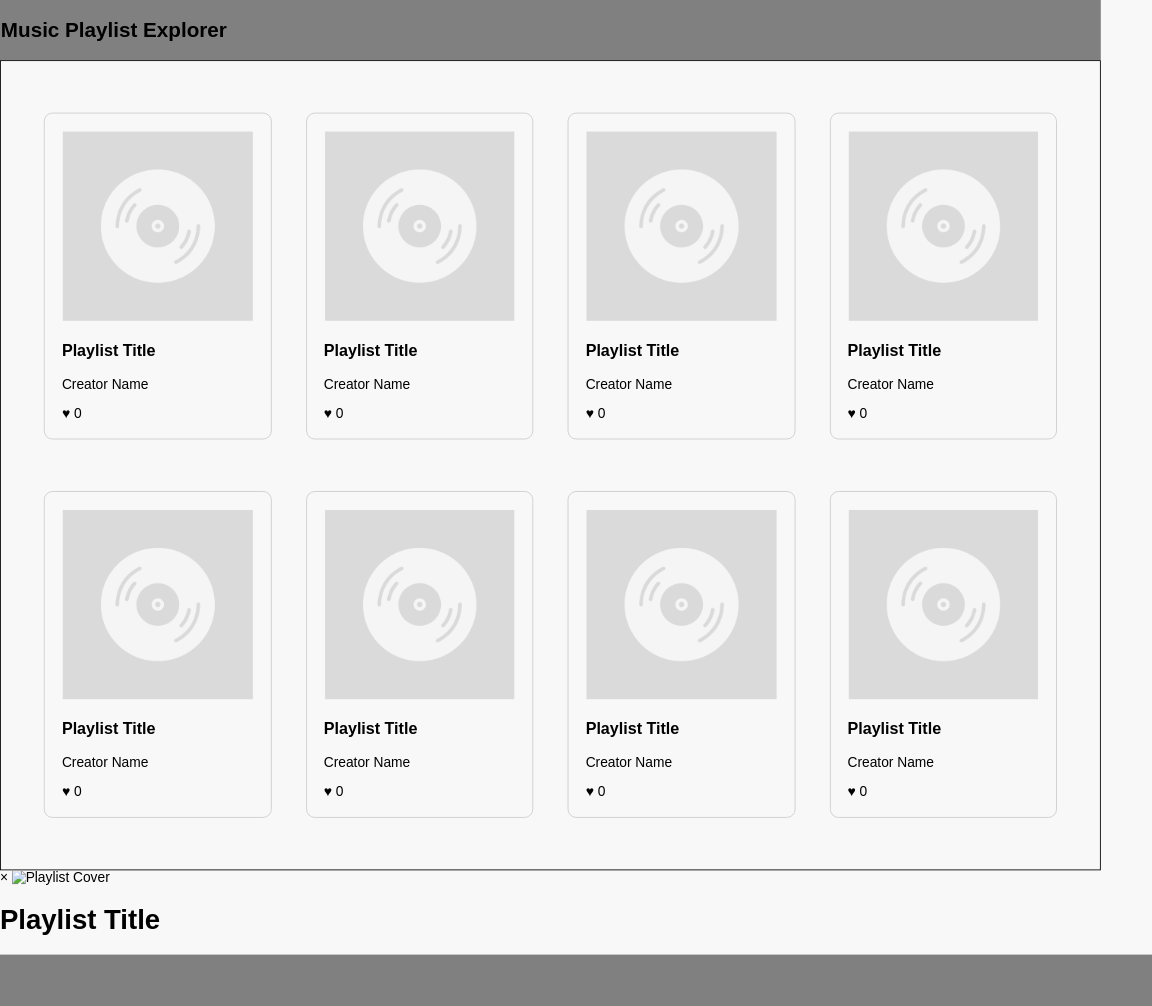
Repository: valentinaarojas/music-player-explorer
Page: index.html
These files come from the project's save history. The page is drawn as it stood at one moment and after a run of saves; the edit follows.
The browser window is 1280 px wide. The page is 1340 px wide, so the pictures cover 1340 px, including what lies to the right of the window. The pictures show the whole page, at 86% of full size.

Above is the page before, as saved 2025-02-19 17:13:42.
Console error: SyntaxError: Unexpected token '{'

### index.html
<!DOCTYPE html>
<html lang="en">
<head>
    <meta charset="UTF-8">
    <meta name="viewport" content="width=device-width, initial-scale=1.0">

    <title>Music Playlist Explorer</title>
    <link rel="icon" type="image/x-icon" href="/images/favicon.ico">

    <link rel="stylesheet" href="style.css">
</head>
<body>
    <header>
        <!-- Your header content here -->
        <div class="banner">
            <h2>Music Playlist Explorer</h2>
        </div>
    </header>

    <main>
        <!-- Your main content here -->
        <div class="playlist-cards">
            <!-- card 1 -->
            <div class="playlist-card">
                <div class="playlist-cover">
                    <img src="assets/img/playlist.png" alt="placeholder" style="width: 100%">
                </div>
                <div class="playlist-info">
                    <h3 class="playlist-title">Playlist Title</h3>
                    <p class="creator-info">Creator Name</p>
                    <div class="like-count">
                        <span>♥</span>
                        <span>0</span>
                    </div>
                </div>
            </div>
            <!-- card 2 -->
            <div class="playlist-card">
                <div class="playlist-cover">
                    <img src="assets/img/playlist.png" alt="placeholder" style="width: 100%">
                </div>
                <div class="playlist-info">
                    <h3 class="playlist-title">Playlist Title</h3>
                    <p class="creator-info">Creator Name</p>
                    <div class="like-count">
                        <span>♥</span>
                        <span>0</span>
                    </div>
                </div>
            </div>
            <!-- card 3 -->
            <div class="playlist-card">
                <div class="playlist-cover">
                    <img src="assets/img/playlist.png" alt="placeholder" style="width: 100%">
                </div>
                <div class="playlist-info">
                    <h3 class="playlist-title">Playlist Title</h3>
                    <p class="creator-info">Creator Name</p>
                    <div class="like-count">
                        <span>♥</span>
                        <span>0</span>
                    </div>
                </div>
            </div>
            <!-- card 4 -->
            <div class="playlist-card">
                <div class="playlist-cover">
                    <img src="assets/img/playlist.png" alt="placeholder" style="width: 100%">
                </div>
                <div class="playlist-info">
                    <h3 class="playlist-title">Playlist Title</h3>
                    <p class="creator-info">Creator Name</p>
                    <div class="like-count">
                        <span>♥</span>
                        <span>0</span>
                    </div>
                </div>
            </div>
            <!-- card 5 -->
            <div class="playlist-card">
                <div class="playlist-cover">
                    <img src="assets/img/playlist.png" alt="placeholder" style="width: 100%">
                </div>
                <div class="playlist-info">
                    <h3 class="playlist-title">Playlist Title</h3>
                    <p class="creator-info">Creator Name</p>
                    <div class="like-count">
                        <span>♥</span>
                        <span>0</span>
                    </div>
                </div>
            </div>
            <!-- card 6 -->
            <div class="playlist-card">
                <div class="playlist-cover">
                    <img src="assets/img/playlist.png" alt="placeholder" style="width: 100%">
                </div>
                <div class="playlist-info">
                    <h3 class="playlist-title">Playlist Title</h3>
                    <p class="creator-info">Creator Name</p>
                    <div class="like-count">
                        <span>♥</span>
                        <span>0</span>
                    </div>
                </div>
            </div>
             <!-- card 7 -->
             <div class="playlist-card">
                <div class="playlist-cover">
                    <img src="assets/img/playlist.png" alt="placeholder" style="width: 100%">
                </div>
                <div class="playlist-info">
                    <h3 class="playlist-title">Playlist Title</h3>
                    <p class="creator-info">Creator Name</p>
                    <div class="like-count">
                        <span>♥</span>
                        <span>0</span>
                    </div>
                </div>
            </div>
             <!-- card 8 -->
             <div class="playlist-card">
                <div class="playlist-cover">
                    <img src="assets/img/playlist.png" alt="placeholder" style="width: 100%">
                </div>
                <div class="playlist-info">
                    <h3 class="playlist-title">Playlist Title</h3>
                    <p class="creator-info">Creator Name</p>
                    <div class="like-count">
                        <span>♥</span>
                        <span>0</span>
                    </div>
                </div>
            </div>
        </div>
    </main>

    <!-- modal structure -->
    <div class="modal-overlay">
        <div class="modal-content">
            <span class="close">&times;</span>
            <img id="modal-playlist-image" src="" alt="Playlist Cover">
            <h1 id="modal-playlist-title">Playlist Title</h1>
            <p id="modal-creator-name"></p>
            <p id="festivalLocation"></p>
            <div id="artistLineup"></div>
        </div>
    </div>

    <footer>
        <!-- Your footer content here -->
    </footer>
    <script src="data/data.js"></script>
    <script src="script.js"></script>
</body>
</html>

### style.css
body {
    font-family: 'Arial', sans-serif;
    margin: 0;
    padding: 0;
    background-color: #f8f8f8;
}

.banner {
    background-color: grey;
    padding: 1px;
}

.playlist-cards {
    display: grid;
    grid-template-columns: repeat(4, 1fr);
    padding: 30px;
    border: 1px solid rgb(0, 0, 0);
}

.playlist-card {
    padding: 20px;
    margin: 30px 20px;
    border-radius: 10px;
    border: 1px solid #ccc;
}

.playlist-cover {
    padding: 1px;
}

footer {
    background-color: grey;
    padding: 30px;
    width: 100%;
}

### data/data.js
let data = { "playlists": [
    {
      "playlistID": 0,
      "playlist_name": "Late Night Drive",
      "playlist_creator": "Melody Maven",
      "playlist_art": "https://picsum.photos/id/36/200",
      "likeCount": 0,
      "songs": [
        {
          "songID": 0,
          "title": "Nightcall",
          "artist": "Kavinsky",
          "album": "Nightcall",
          "cover_art": "https://picsum.photos/id/43/200",
          "duration": "4:18"
        },
        {
          "songID": 1,
          "title": "Drive",
          "artist": "The Cars",
          "album": "Heartbeat City",
          "cover_art": "https://picsum.photos/id/45/200",
          "duration": "3:55"
        },
        {
          "songID": 2,
          "title": "Cruisin'",
          "artist": "Smokey Robinson",
          "album": "One Heartbeat",
          "cover_art": "https://picsum.photos/id/88/200",
          "duration": "4:30"
        },
        {
          "songID": 3,
          "title": "Night Moves",
          "artist": "Bob Seger",
          "album": "Night Moves",
          "cover_art": "https://picsum.photos/id/84/200",
          "duration": "5:25"
        },
        {
          "songID": 4,
          "title": "Moonlight Drive",
          "artist": "The Doors",
          "album": "Strange Days",
          "cover_art": "https://picsum.photos/id/122/200",
          "duration": "3:04"
        }
      ]
    },
    {
      "playlistID": 1,
      "playlist_name": "That Summer '16 Feeling",
      "playlist_creator": "Groove Guardian",
      "playlist_art": "https://picsum.photos/id/117/200",
      "likeCount": 10,
      "songs": [
        {
          "songID": 5,
          "title": "One Dance",
          "artist": "Drake",
          "album": "Views",
          "cover_art": "https://picsum.photos/id/21/200",
          "duration": "2:53"
        },
        {
          "songID": 6,
          "title": "Cheap Thrills",
          "artist": "Sia",
          "album": "This Is Acting",
          "cover_art": "https://picsum.photos/id/56/200",
          "duration": "3:31"
        },
        {
          "songID": 7,
          "title": "Don't Let Me Down",
          "artist": "The Chainsmokers ft. Daya",
          "album": "Collage",
          "cover_art": "https://picsum.photos/id/145/200",
          "duration": "3:28"
        },
        {
          "songID": 8,
          "title": "This Is What You Came For",
          "artist": "Calvin Harris ft. Rihanna",
          "album": "This Is What You Came For",
          "cover_art": "https://picsum.photos/id/160/200",
          "duration": "3:42"
        },
        {
          "songID": 9,
          "title": "Ride",
          "artist": "Twenty One Pilots",
          "album": "Blurryface",
          "cover_art": "https://picsum.photos/id/133/200",
          "duration": "3:34"
        }
      ]
    },
    {
      "playlistID": 2,
      "playlist_name": "Workout Beats",
      "playlist_creator": "Harmony Herald",
      "playlist_art": "https://picsum.photos/id/1077/200",
      "likeCount": 2,
      "songs": [
        {
          "songID": 10,
          "title": "Eye of the Tiger",
          "artist": "Survivor",
          "album": "Eye of the Tiger",
          "cover_art": "https://picsum.photos/id/593/200",
          "duration": "4:05"
        },
        {
          "songID": 11,
          "title": "Stronger",
          "artist": "Kanye West",
          "album": "Graduation",
          "cover_art": "https://picsum.photos/id/169/200",
          "duration": "5:12"
        },
        {
          "songID": 12,
          "title": "Lose Yourself",
          "artist": "Eminem",
          "album": "8 Mile Soundtrack",
          "cover_art": "https://picsum.photos/id/171/200",
          "duration": "5:26"
        },
        {
          "songID": 13,
          "title": "Uptown Funk",
          "artist": "Mark Ronson ft. Bruno Mars",
          "album": "Uptown Special",
          "cover_art": "https://picsum.photos/id/274/200",
          "duration": "4:30"
        },
        {
          "songID": 14,
          "title": "Can't Stop the Feeling!",
          "artist": "Justin Timberlake",
          "album": "Trolls (Original Motion Picture Soundtrack)",
          "cover_art": "https://picsum.photos/id/304/200",
          "duration": "3:56"
        }
      ]
    },
    {
      "playlistID": 3,
      "playlist_name": "Road Trip Anthems",
      "playlist_creator": "Playlist Pioneer",
      "playlist_art": "https://picsum.photos/id/314/200",
      "likeCount": 5,
      "songs": [
        {
          "songID": 15,
          "title": "Life Is a Highway",
          "artist": "Tom Cochrane",
          "album": "Mad Mad World",
          "cover_art": "https://picsum.photos/id/352/200",
          "duration": "4:26"
        },
        {
          "songID": 16,
          "title": "Born to Run",
          "artist": "Bruce Springsteen",
          "album": "Born to Run",
          "cover_art": "https://picsum.photos/id/361/200",
          "duration": "4:30"
        },
        {
          "songID": 17,
          "title": "Take It Easy",
          "artist": "Eagles",
          "album": "Eagles",
          "cover_art": "https://picsum.photos/id/365/200",
          "duration": "3:31"
        },
        {
          "songID": 18,
          "title": "Route 66",
          "artist": "Chuck Berry",
          "album": "Get Your Kicks on Route 66",
          "cover_art": "https://picsum.photos/id/371/200",
          "duration": "2:53"
        },
        {
          "songID": 19,
          "title": "On the Road Again",
          "artist": "Willie Nelson",
          "album": "Honeysuckle Rose",
          "cover_art": "https://picsum.photos/id/382/200",
          "duration": "2:33"
        }
      ]
    },
    {
      "playlistID": 4,
      "playlist_name": "Boss Chick Energy",
      "playlist_creator": "Tempo Tactician",
      "playlist_art": "https://picsum.photos/id/449/200",
      "likeCount": 0,
      "songs": [
        {
          "songID": 20,
          "title": "Run the World (Girls)",
          "artist": "Beyoncé",
          "album": "4",
          "cover_art": "https://picsum.photos/id/550/200",
          "duration": "3:56"
        },
        {
          "songID": 21,
          "title": "I'm Every Woman",
          "artist": "Chaka Khan",
          "album": "Chaka",
          "cover_art": "https://picsum.photos/id/646/200",
          "duration": "4:07"
        },
        {
          "songID": 22,
          "title": "Independent Women, Pt. 1",
          "artist": "Destiny's Child",
          "album": "Survivor",
          "cover_art": "https://picsum.photos/id/660/200",
          "duration": "3:41"
        },
        {
          "songID": 23,
          "title": "Confident",
          "artist": "Demi Lovato",
          "album": "Confident",
          "cover_art": "https://picsum.photos/id/680/200",
          "duration": "3:25"
        },
        {
          "songID": 24,
          "title": "Feeling Myself",
          "artist": "Nicki Minaj ft. Beyoncé",
          "album": "The Pinkprint",
          "cover_art": "https://picsum.photos/id/822/200",
          "duration": "3:57"
        }
      ]
    },
    {
      "playlistID": 5,
      "playlist_name": "Rainy Nights",
      "playlist_creator": "Sonic Sage",
      "playlist_art": "https://picsum.photos/id/115/200",
      "likeCount": 24,
      "songs": [
        {
          "songID": 25,
          "title": "Purple Rain",
          "artist": "Prince",
          "album": "Purple Rain",
          "cover_art": "https://picsum.photos/id/123/200",
          "duration": "8:41"
        },
        {
          "songID": 26,
          "title": "November Rain",
          "artist": "Guns N' Roses",
          "album": "Use Your Illusion I",
          "cover_art": "https://picsum.photos/id/171/200",
          "duration": "8:57"
        },
        {
          "songID": 27,
          "title": "Riders on the Storm",
          "artist": "The Doors",
          "album": "L.A. Woman",
          "cover_art": "https://picsum.photos/id/172/200",
          "duration": "7:14"
        },
        {
          "songID": 28,
          "title": "I Can't Stand the Rain",
          "artist": "Ann Peebles",
          "album": "I Can't Stand the Rain",
          "cover_art": "https://picsum.photos/id/178/200",
          "duration": "2:31"
        },
        {
          "songID": 29,
          "title": "Set Fire to the Rain",
          "artist": "Adele",
          "album": "21",
          "cover_art": "https://picsum.photos/id/680/200",
          "duration": "4:02"
        }
      ]
    },
    {
      "playlistID": 6,
      "playlist_name": "90's R&B",
      "playlist_creator": "Vinyl Virtuoso",
      "playlist_art": "https://picsum.photos/id/815/200",
      "likeCount": 3,
      "songs": [
        {
          "songID": 30,
          "title": "No Diggity",
          "artist": "Blackstreet ft. Dr. Dre",
          "album": "Another Level",
          "cover_art": "https://picsum.photos/id/856/200",
          "duration": "5:06"
        },
        {
          "songID": 31,
          "title": "Waterfalls",
          "artist": "TLC",
          "album": "CrazySexyCool",
          "cover_art": "https://picsum.photos/id/871/200",
          "duration": "4:39"
        },
        {
          "songID": 32,
          "title": "Creep",
          "artist": "TLC",
          "album": "CrazySexyCool",
          "cover_art": "https://picsum.photos/id/891/200",
          "duration": "4:29"
        },
        {
          "songID": 33,
          "title": "On Bended Knee",
          "artist": "Boyz II Men",
          "album": "II",
          "cover_art": "https://picsum.photos/id/1013/200",
          "duration": "4:05"
        },
        {
          "songID": 34,
          "title": "Fantasy",
          "artist": "Mariah Carey",
          "album": "Daydream",
          "cover_art": "https://picsum.photos/id/1014/200",
          "duration": "4:04"
        }
      ]
    },
    {
      "playlistID": 7,
      "playlist_name": "Nothing But The Classics",
      "playlist_creator": "Melody Maven",
      "playlist_art": "https://picsum.photos/id/22/200",
      "likeCount": 3,
      "songs": [
        {
          "songID": 35,
          "title": "Bohemian Rhapsody",
          "artist": "Queen",
          "album": "A Night at the Opera",
          "cover_art": "https://picsum.photos/id/39/200",
          "duration": "5:55"
        },
        {
          "songID": 36,
          "title": "Hotel California",
          "artist": "Eagles",
          "album": "Hotel California",
          "cover_art": "https://picsum.photos/id/57/200",
          "duration": "6:30"
        },
        {
          "songID": 37,
          "title": "Stairway to Heaven",
          "artist": "Led Zeppelin",
          "album": "Led Zeppelin IV",
          "cover_art": "https://picsum.photos/id/221/200",
          "duration": "8:02"
        },
        {
          "songID": 38,
          "title": "Sweet Child o' Mine",
          "artist": "Guns N' Roses",
          "album": "Appetite for Destruction",
          "cover_art": "https://picsum.photos/id/822/200",
          "duration": "5:55"
        },
        {
          "songID": 39,
          "title": "Imagine",
          "artist": "John Lennon",
          "album": "Imagine",
          "cover_art": "https://picsum.photos/id/823/200",
          "duration": "3:04"
        }
      ]
    },
    {
      "playlistID": 8,
      "playlist_name": "Ohh That Baseline",
      "playlist_creator": "Bassline Buddy",
      "playlist_art": "https://picsum.photos/id/836/200",
      "likeCount": 0,
      "songs": [
        {
          "songID": 40,
          "title": "Another One Bites the Dust",
          "artist": "Queen",
          "album": "The Game",
          "cover_art": "https://picsum.photos/id/839/200",
          "duration": "3:36"
        },
        {
          "songID": 41,
          "title": "Billie Jean",
          "artist": "Michael Jackson",
          "album": "Thriller",
          "cover_art": "https://picsum.photos/id/903/200",
          "duration": "4:54"
        },
        {
          "songID": 42,
          "title": "Superstition",
          "artist": "Stevie Wonder",
          "album": "Talking Book",
          "cover_art": "https://picsum.photos/id/978/200",
          "duration": "4:26"
        },
        {
          "songID": 43,
          "title": "Smooth Criminal",
          "artist": "Michael Jackson",
          "album": "Bad",
          "cover_art": "https://picsum.photos/id/1004/200",
          "duration": "4:17"
        },
        {
          "songID": 44,
          "title": "Money for Nothing",
          "artist": "Dire Straits",
          "album": "Brothers in Arms",
          "cover_art": "https://picsum.photos/id/1025/200",
          "duration": "8:26"
        }
      ]
    }
  ]
}

### script.js
body {
    font-family: 'Arial', sans-serif;
    margin: 0;
    padding: 0;
    background-color: #f8f8f8;
}

After the next 2 saves:
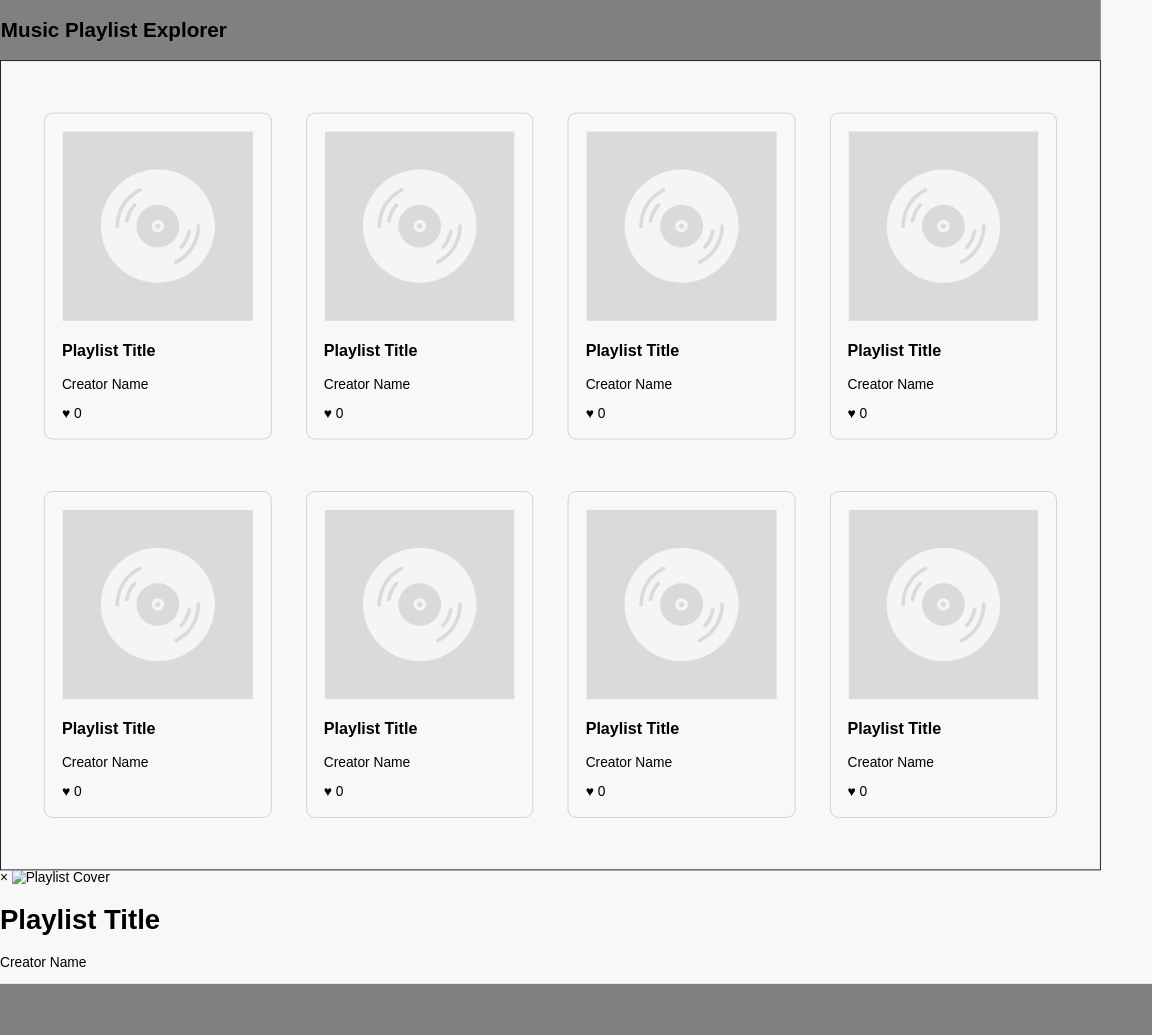
The 2 saves are shown as one change because they came seconds apart.
The last was saved 13 s later.
--- a/index.html
+++ b/index.html
@@ -141,7 +141,7 @@
             <span class="close">&times;</span>
             <img id="modal-playlist-image" src="" alt="Playlist Cover">
             <h1 id="modal-playlist-title">Playlist Title</h1>
-            <p id="modal-creator-name"></p>
+            <p id="modal-creator-name">Creator Name</p>
             <p id="festivalLocation"></p>
             <div id="artistLineup"></div>
         </div>
